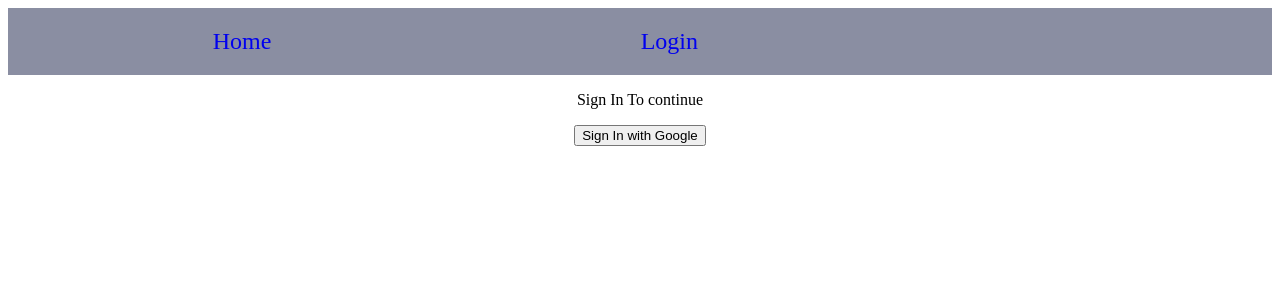
Repository: albinsabu2023/postapp
Page: /login
An editor plug-in stored every save of this project. The page is shown before and after the next save, followed by the edit.
The browser window is 1280 px wide. The pictures show the whole page.
The project was rebuilt for these pictures with package versions that can differ from the ones it lists, and the page was loaded fresh each time. Also part of the build but not shown: src/Components/Home.tsx.

Above is the page before, as saved 2024-02-05 00:37:05.

### src/App.tsx
import  {BrowserRouter as Router,Routes,Route} from "react-router-dom"
import './App.css';
import Home from "./Components/Home";
import Login from "./Components/Login";
import Navbar from "./Components/Navbar";


function App() {
  return (
    <div className="App">
      <Router>
         <Navbar/>
        <Routes>
          <Route path ="/" element={<Home/>}/>
          <Route path="/login" element={<Login/>}/>
        </Routes>
      </Router>
    </div>
  );
}

export default App;

### src/Components/Login.tsx
import React from 'react'
import  {auth,provider}  from "../config/firebase"
import { signInWithPopup } from 'firebase/auth'
import { useNavigate } from 'react-router-dom'
function Login() {
    const navigate= useNavigate();
  const signWithGoogle =async()=>{
     const result= await signInWithPopup(auth,provider);
     console.log(result);
     navigate("/");
  }
  return (
    <div>
        <p>Sign In To continue</p>
        <button onClick={signWithGoogle}>Sign In with Google</button>
    </div>
  )
}

export default Login

### src/Components/Navbar.tsx
import React from 'react'
import { Link } from 'react-router-dom'
import  "./Navbar.css"
import {auth } from  "../config/firebase"
import { useAuthState } from 'react-firebase-hooks/auth'
import { signOut } from 'firebase/auth'
function Navbar() {
    const  [user] =useAuthState(auth);
    const signUserOut =async ()=>{
        await signOut(auth);
    }
  return (
    <div className="navContainer">
        <Link to ="/">Home</Link>
        <Link to ="Login">Login</Link>
        <div>
            {user&&
            <>
            <p>{user?.displayName}</p>
            <img src={user?.photoURL|| "" } alt="" width="30" height="30"
            />
            <button onClick={signUserOut}>Logout</button>
            </>
            }
        </div>


    </div>
  )
}

export default Navbar

### src/config/firebase.ts
// Import the functions you need from the SDKs you need
import { initializeApp } from "firebase/app";
import {getAuth,GoogleAuthProvider} from "firebase/auth"
// Your web app's Firebase configuration
const firebaseConfig = {
  apiKey: "AIzaSyAXzQPkCsYKttYouVkFv4r2aLbj-85i5zE",
  authDomain: "react-course-dd6fc.firebaseapp.com",
  projectId: "react-course-dd6fc",
  storageBucket: "react-course-dd6fc.appspot.com",
  messagingSenderId: "692642929267",
  appId: "1:692642929267:web:22ba5d27ba69920755e806"
};
// Initialize Firebase
const app = initializeApp(firebaseConfig);
export const auth=getAuth(app);
export const provider = new GoogleAuthProvider();

### src/Components/Navbar.css
.navContainer{
    display: flex;
    align-items: center;
    justify-content: space-around;
    background-color: rgb(138, 142, 162);
    padding: 20px;



}
.navContainer :link{
    text-decoration:none;
    text-decoration-color: rgb(128, 127, 127);
    font-size: x-large;

}

Loaded but not shown: public/index.html (common file); src/index.tsx (common file); src/App.css (common file)

After the next save:
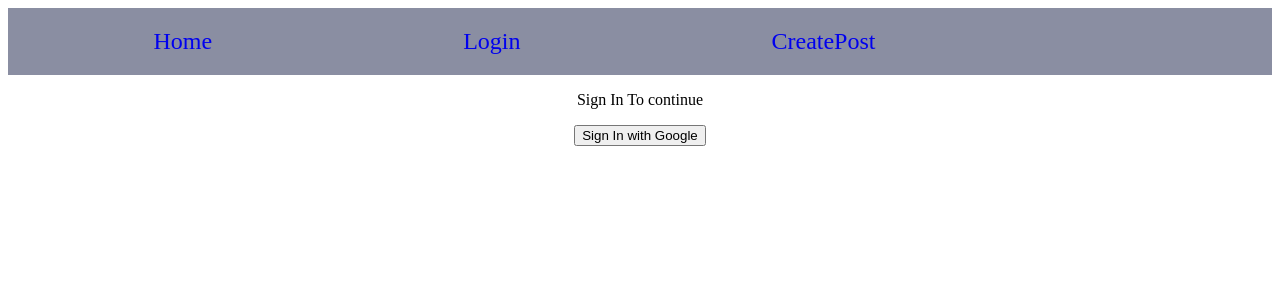
Saved 17 min 2 s later.
--- a/src/Components/Navbar.tsx
+++ b/src/Components/Navbar.tsx
@@ -12,7 +12,9 @@
   return (
     <div className="navContainer">
         <Link to ="/">Home</Link>
+
         <Link to ="Login">Login</Link>
+         <Link to ="/createpost">CreatePost</Link>
         <div>
             {user&&
             <>

After the save that followed:
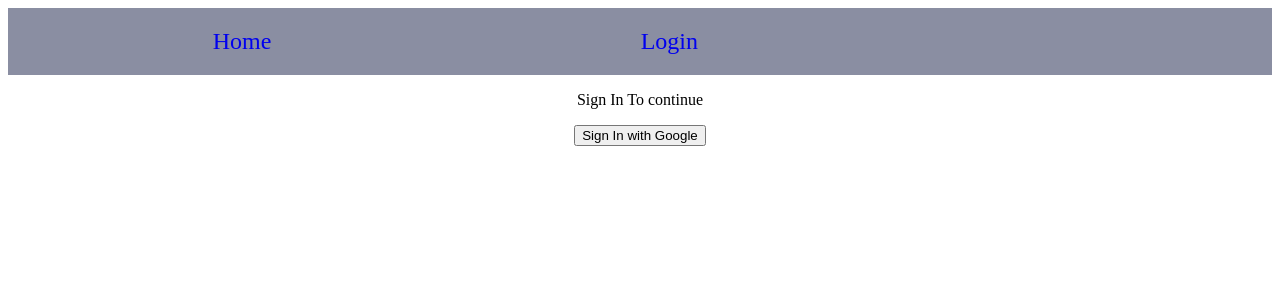
Saved 81 s later.
--- a/src/Components/Navbar.tsx
+++ b/src/Components/Navbar.tsx
@@ -13,8 +13,11 @@
     <div className="navContainer">
         <Link to ="/">Home</Link>
 
-        <Link to ="Login">Login</Link>
-         <Link to ="/createpost">CreatePost</Link>
+        {
+            !user ?
+            <Link to ="Login">Login</Link> :
+            <Link to ="/createpost">CreatePost</Link>
+        }
         <div>
             {user&&
             <>
